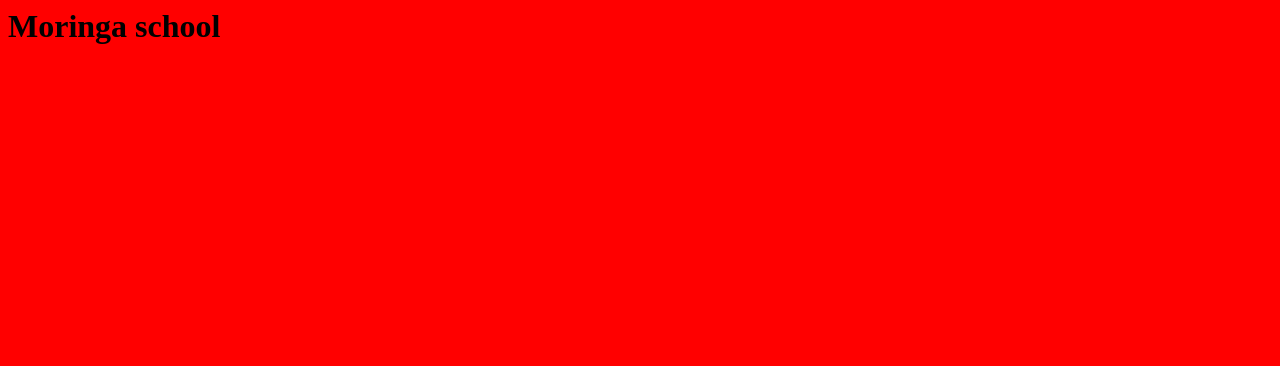
Repository: mrjayajay/week-1-code-challenges
Page: moringa/index.html
An editor plug-in stored every save of this project. The page is shown before and after the next save, followed by the edit.
The browser window is 1280 px wide. The pictures show the whole page.

Above is the page before, as saved 2024-03-04 22:58:37.

### moringa/index.html
<html>
    <head>
        <title>IntrO To HTML</title>
        <link rel="stylesheet" href="/css/style.css"/>
    </head>

    <body>
         <h1>Moringa school</h1>
         <h2></h2>
    </body>
</html>

Loaded but not shown: moringa/css/style.css (common file)

After the next save:
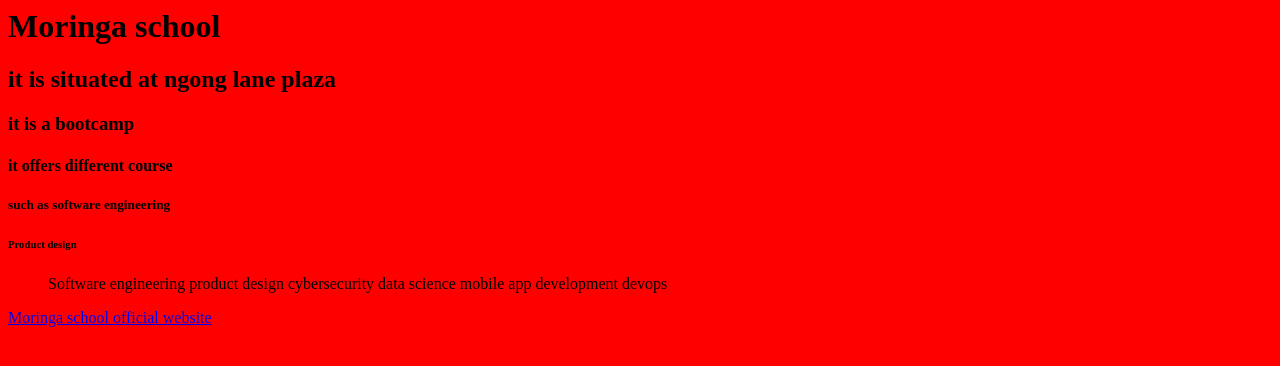
Saved 12 min 39 s later.
--- a/moringa/index.html
+++ b/moringa/index.html
@@ -6,6 +6,25 @@
 
     <body>
          <h1>Moringa school</h1>
-         <h2></h2>
+         <h2>it is situated at ngong lane plaza</h2>
+         <h3>it is a bootcamp</h3>
+         <h4>it offers different course</h4>
+         <h5>such as software engineering</h5>
+         <h6>Product design</h6>
+         <ol>
+            <ls>
+                Software engineering
+                product design
+                cybersecurity
+                data science
+                mobile app development
+                devops
+                </ls>
+
+         </ol>
+         <a href="https://www.google.com/search?q=moringa+school&oq=moringa&gs_lcrp=EgZjaHJvbWUqDggAEEUYJxg7GIAEGIoFMg4IABBFGCcYOxiABBiKBTIHCAEQLhiABDIMCAIQIxgnGIAEGIoFMgcIAxAAGIAEMgwIBBAAGBQYhwIYgAQyBggFEEUYPDIGCAYQRRg8MgYIBxBFGDzSAQgyNzY3ajBqNKgCALACAA&sourceid=chrome&ie=UTF-8"
+         target="_parent" title="Moringa Official Website">
+            Moringa school official website
+        </a>
     </body>
 </html>
